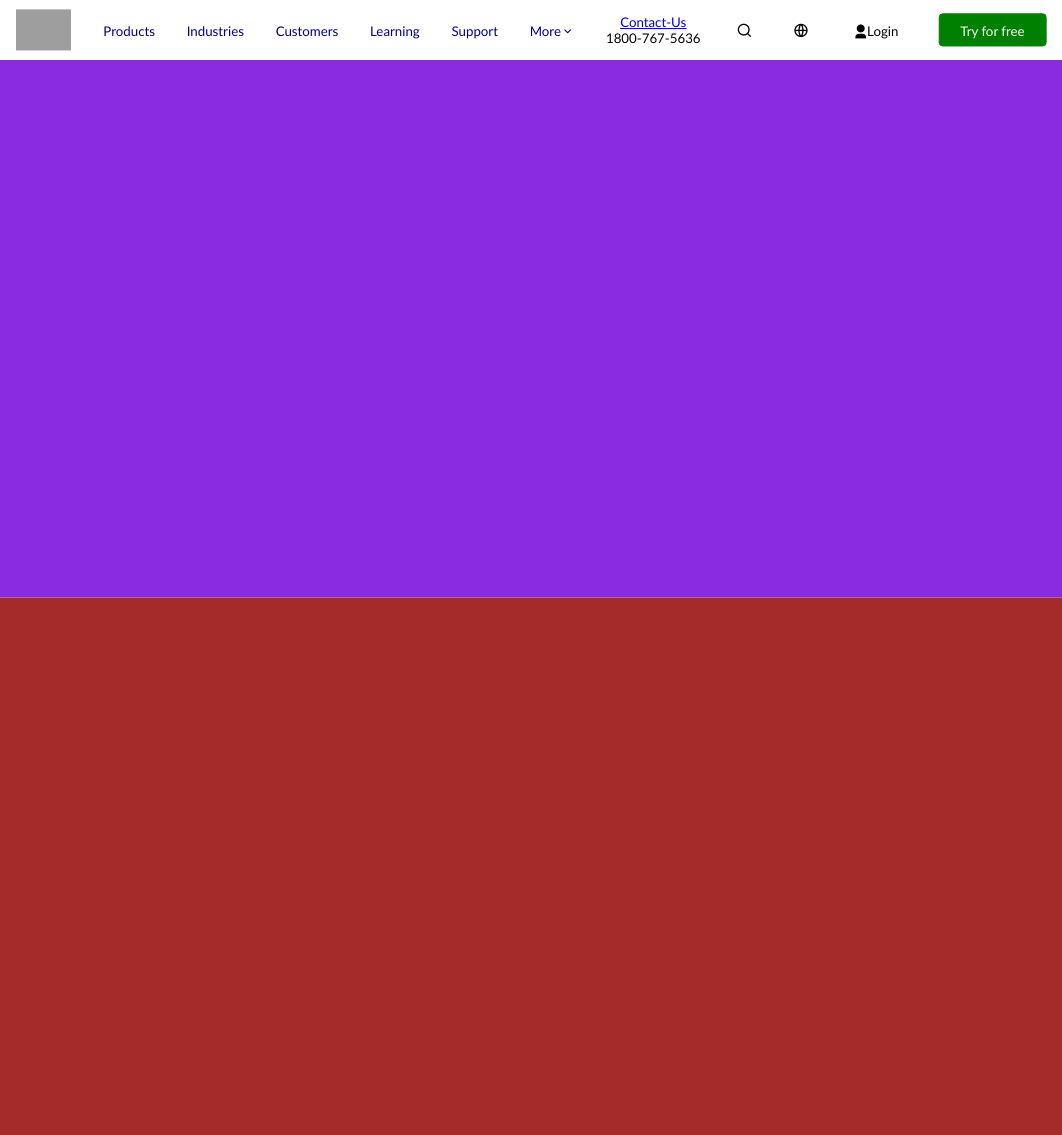
Repository: Chiranshukapil/html_css
Page: salesforce/index.html
These files come from the project's save history. The page is drawn as it stood at one moment and after the next save; the edit follows.
The browser window is 1280 px wide. The pictures show the whole page, at 83% of full size.
The pointer rests on the first visible `#try`.
Pictures or frames that could not be fetched are drawn as grey boxes.

Above is the page before, as saved 2024-06-10 00:54:20.

After the next save:
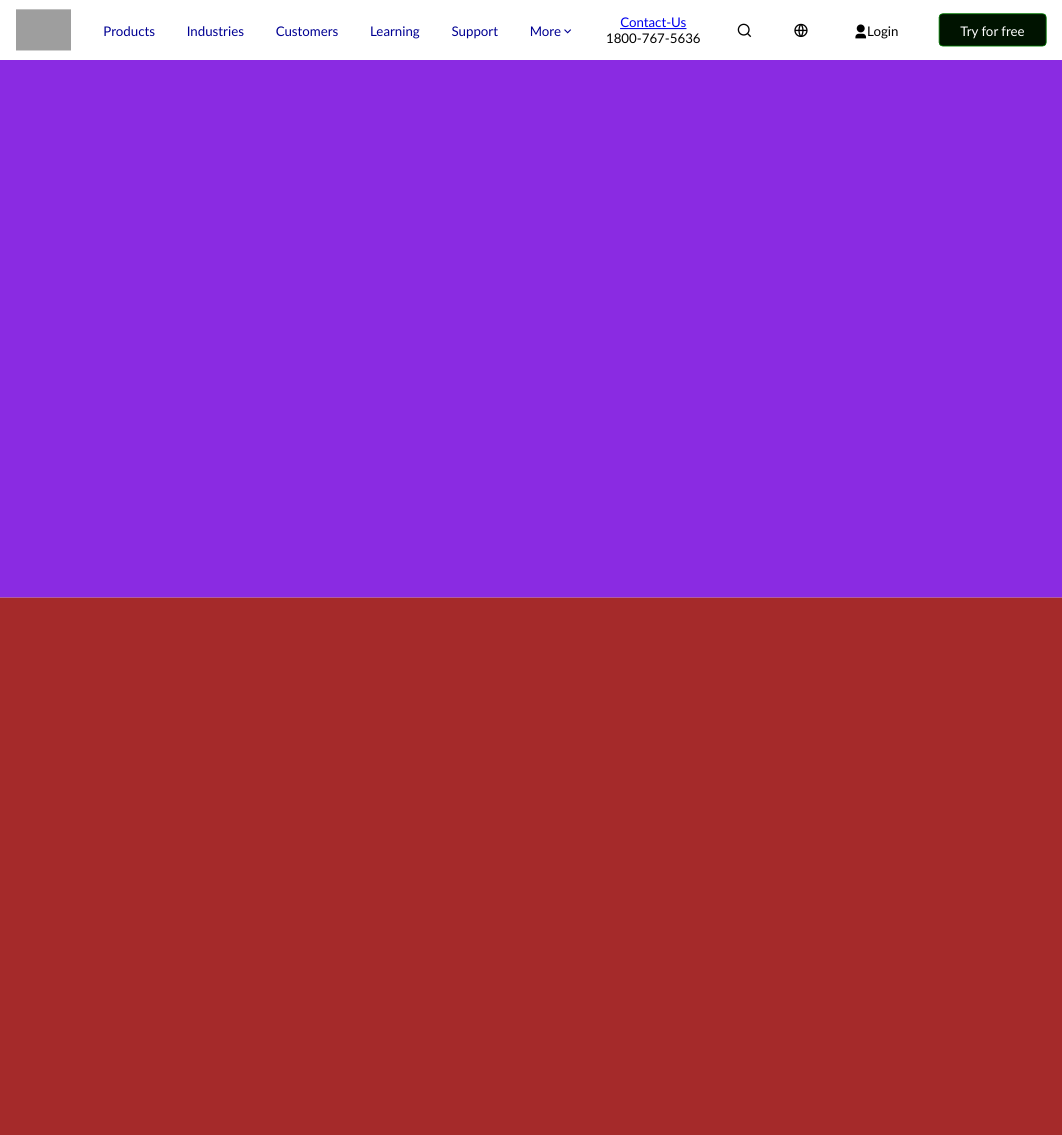
Saved 8 s later.
--- a/salesforce/style.css
+++ b/salesforce/style.css
@@ -85,7 +85,7 @@ html,body{
 }
 
 #try:hover{
-    background-color: green;
+    background-color: rgb(0, 19, 0);
 }
 
 .texts{
